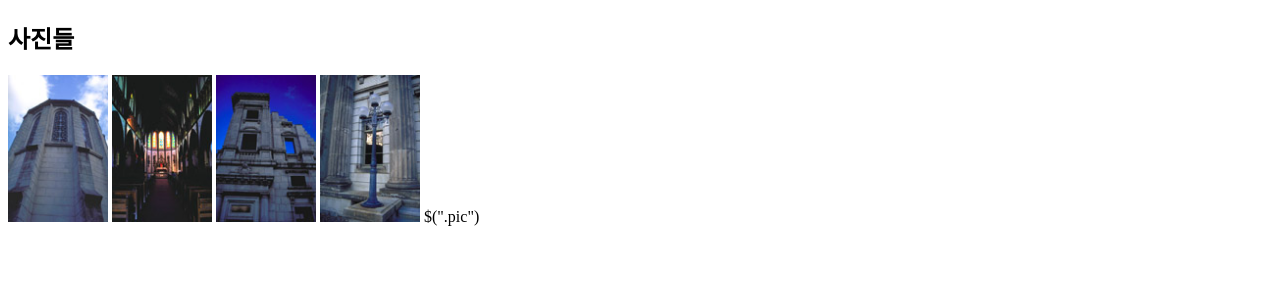
Repository: jeongho97/JQuery
Page: JQuery기본2/WebContent/예제2.html
The author's editor kept a copy of each file at every save. The page is drawn from the files as they stood at one save, then again after the next save.
The browser window is 1280 px wide. The pictures show the whole page.

Above is the page before, as saved 2022-05-13 03:39:24.

After the next save:
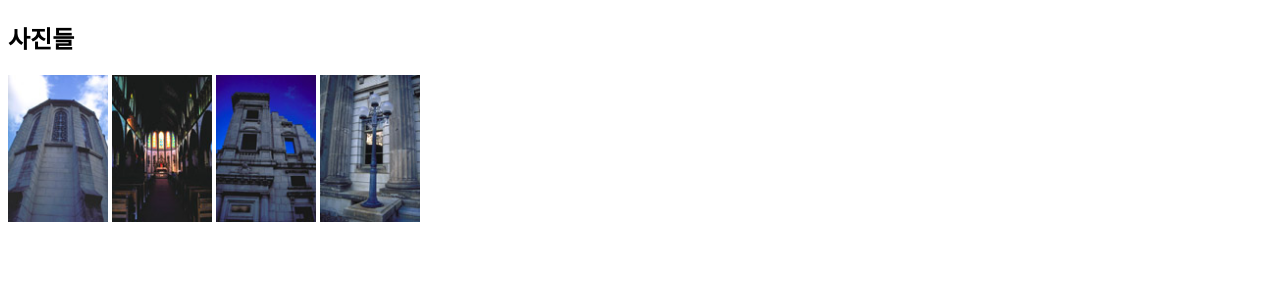
Console error: SyntaxError: Unexpected token ')'
Saved 34 s later.
--- a/JQuery기본2/WebContent/예제2.html
+++ b/JQuery기본2/WebContent/예제2.html
@@ -12,8 +12,10 @@
 <img alt="" src="./images/img03.jpg" class="pic" value="은행" width="100">
 <img alt="" src="./images/img04.jpg" class="pic" value="가로등" width="100">
 
+<script type="text/javascript">
 
-$(".pic")
+$(".pic").click(function)
 
+</script>
 </body>
 </html>
